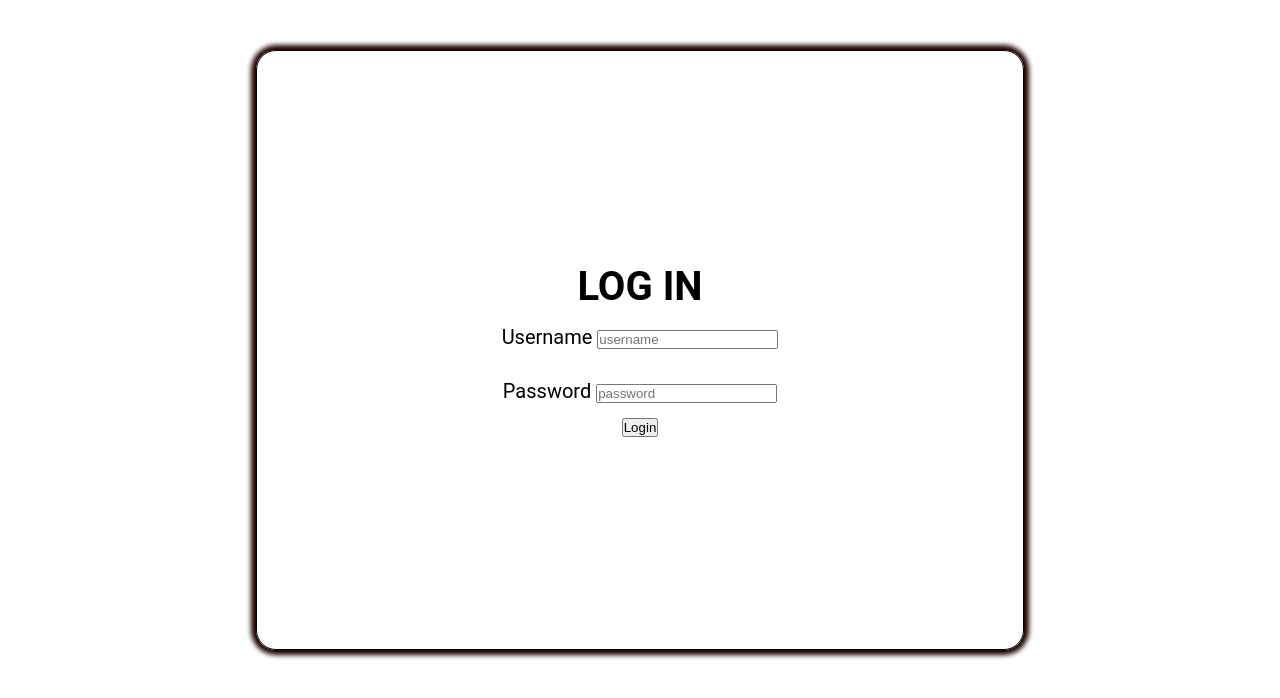
Repository: huyna1707/learning-git
Page: index.html
The author's editor kept a copy of each file at every save. The page is drawn from the files as they stood at one save, then again after a run of saves.
The browser window is 1280 px wide. The pictures show the whole page.

Above is the page before, as saved 2024-08-09 23:22:19.

### index.html
<!DOCTYPE html>
<html>
<head>
    <title>Form Login</title>
    <link rel="stylesheet" href="style.css">
    <script defer src="main.js"></script>
</head>
<body>
    <form action="menu">
        <h4>LOG IN</h4>
        <label for="username">Username
            <input type="text" placeholder="username" id="username">
        </label>
        <label for="passworld">Password
            <input type="password" placeholder="password" id="password">
        </label>
        <button type="submit" onclick="login">Login</button>
    </form>
</body>
</html>

### style.css
*{
    margin: 0;
    padding: 0;
    box-sizing: border-box;
}

html{
    font-size: 15px;
    font-family: 'Roboto', sans-serif;
    display: flex;
    justify-content: center;
    align-items: center;
}

form{
    width: 60vw;
    height: 600px;
    display: flex;
    flex-direction: column;
    justify-content: center;
    align-items: center;
    margin-top: 50px;
    border: 1px solid black;
    border-radius: 20px;
    box-shadow: rgb(30, 0, 0) 0 0 5px 5px;
}

form h4{
    font-size: 40px;
    font-weight: 600;
}
form label{
    font-size : 20px;
    margin: 15px ;
}

### main.js
// window.prompt('What is your name?');

After the next 3 saves:
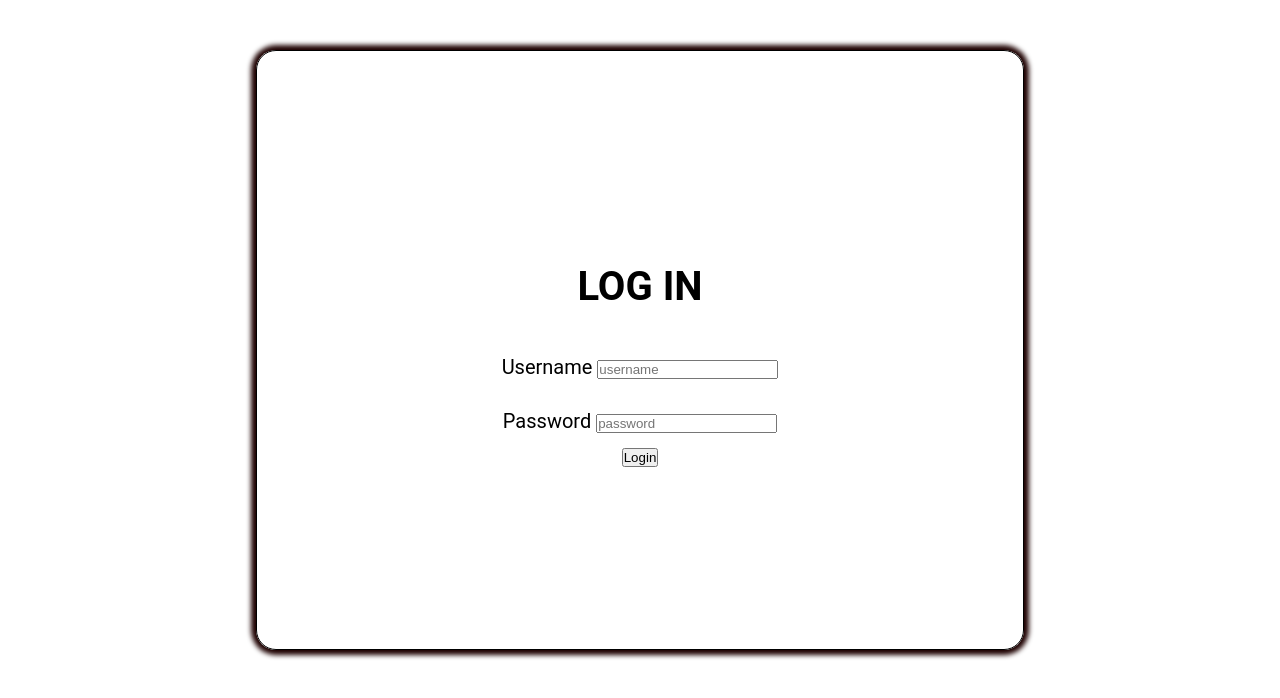
The 3 saves are shown as one change because they came seconds apart.
The last was saved 18 s later.
--- a/style.css
+++ b/style.css
@@ -28,6 +28,7 @@ form{
 form h4{
     font-size: 40px;
     font-weight: 600;
+    margin: 30px;;
 }
 form label{
     font-size : 20px;
